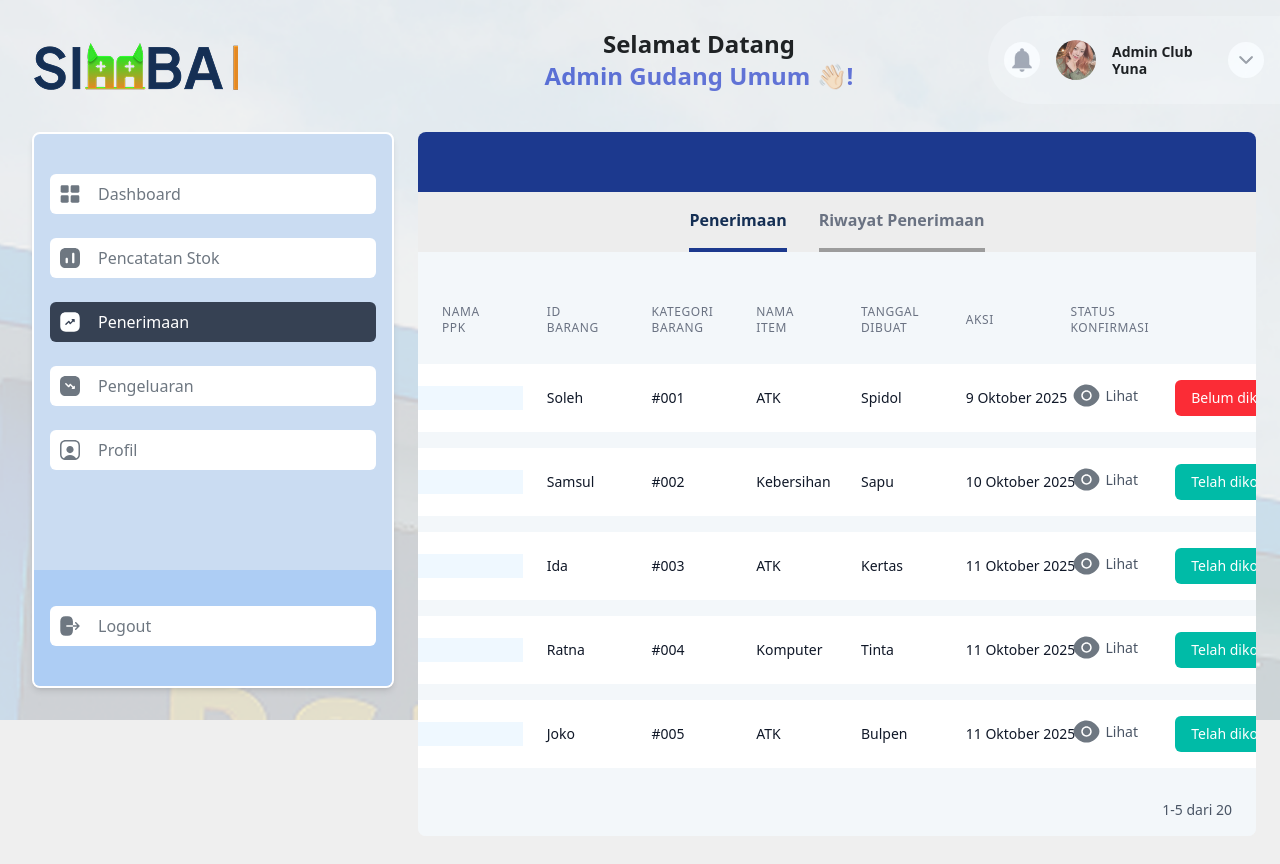
Repository: Gokerwow/inventory-fe
Page: /penerimaan
The author's editor kept a copy of each file at every save. The page is drawn from the files as they stood at one save, then again after the next save.
The browser window is 1280 px wide. The pictures show the whole page.
The project was rebuilt for these pictures with package versions that can differ from the ones it lists, and the page was loaded fresh each time. Also part of the build but not shown: vite.config.ts, src/components/categoryBarChart.tsx, src/components/lineChart.tsx, src/pages/dashboard.tsx, src/pages/stokBarang.tsx, src/pages/pengeluaran.tsx, src/pages/profil.tsx.

Above is the page before, as saved 2025-10-14 18:52:27.

After the next save:
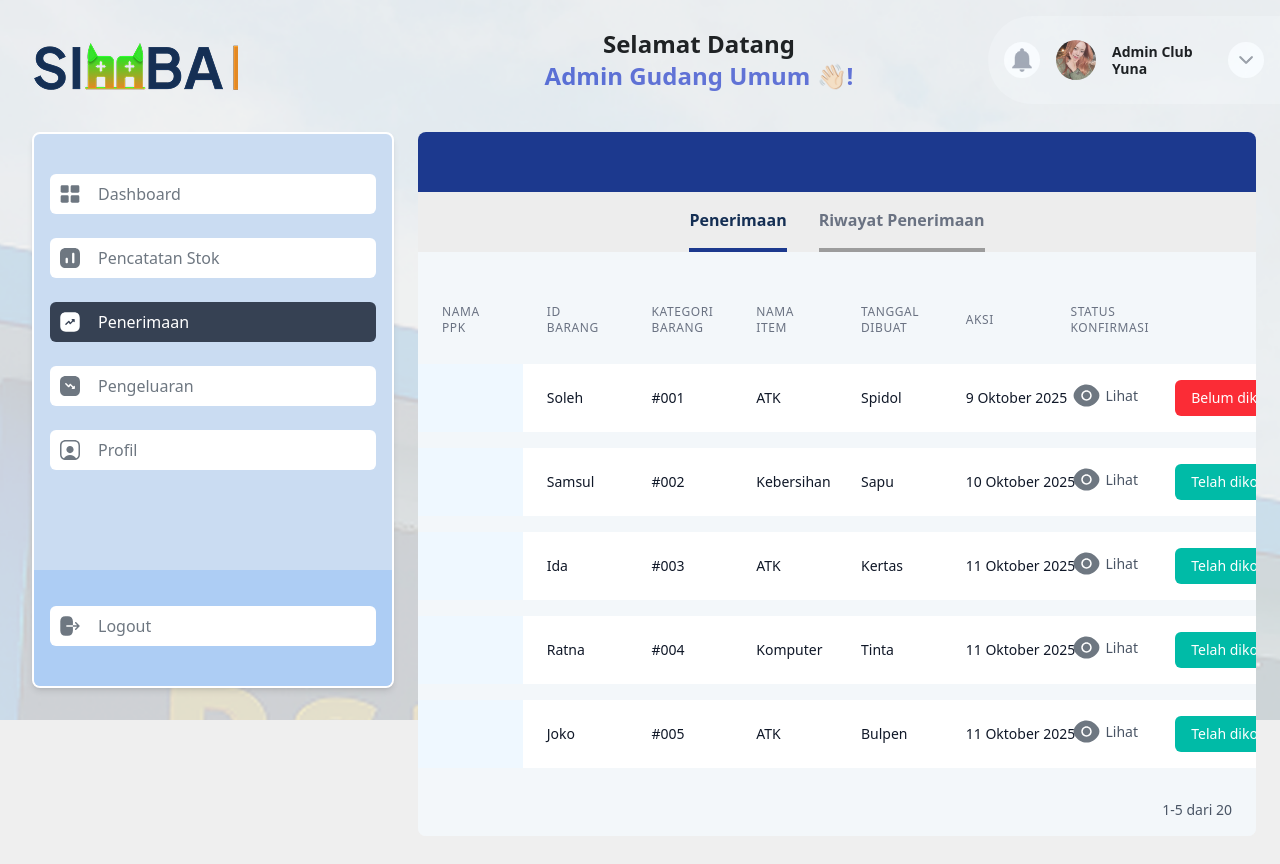
Saved 53 s later.
--- a/src/pages/penerimaan.tsx
+++ b/src/pages/penerimaan.tsx
@@ -117,8 +117,8 @@ export default function Penerimaan() {
                         <tbody className="">
                             {data.map((item) => (
                                 <tr key={item.id} className="hover:bg-blue-100 bg-[#FFFFFF]">
-                                    <td className=' w-[24px] h-full'>
-                                        <div className="bg-[#EFF8FF]">&nbsp;</div>
+                                    <td className=' w-[24px] h-full bg-[#EFF8FF]'>
+                                        <div className="">&nbsp;</div>
                                     </td>
                                     <td className="px-6 py-4 whitespace-nowrap text-sm text-gray-900">
                                         {item.namaPPK}
